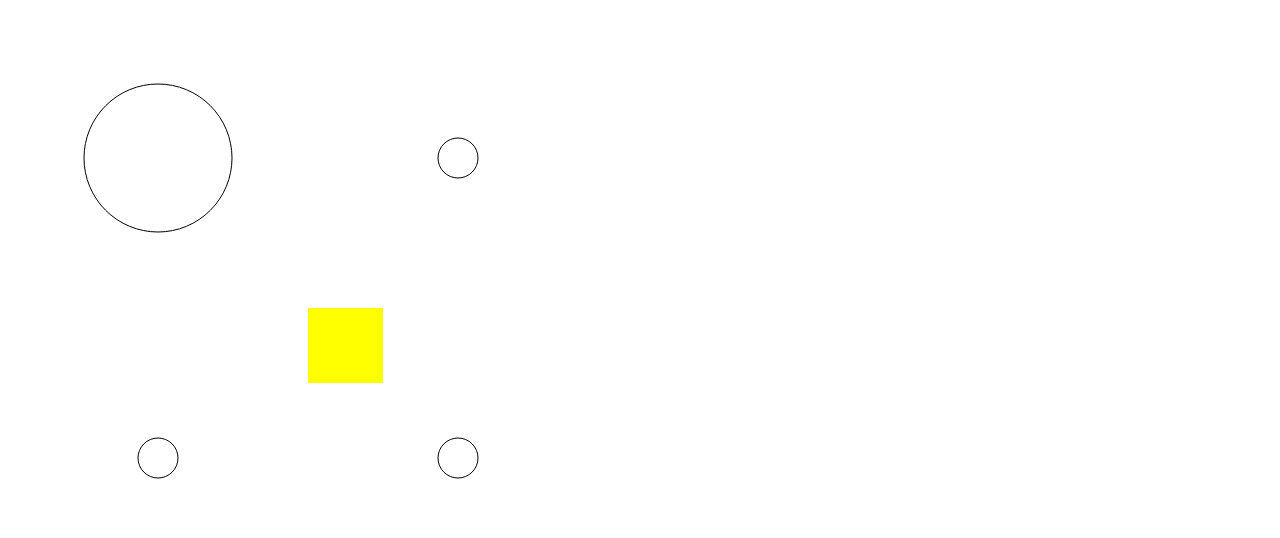
Repository: facio313/Python
Page: HELLO_PYTHON/day17/templates/canvas.html
An editor plug-in stored every save of this project. The page is shown before and after the next save, followed by the edit.
The browser window is 1280 px wide. The pictures show the whole page.

Above is the page before, as saved 2022-12-15 10:39:18.

### HELLO_PYTHON/day17/templates/canvas.html
<!DOCTYPE html>
<html>
<head>
<meta charset="UTF-8">
<title>Insert title here</title>
</head>
<body onload="loader()">
<script>
function loader(){
	var canvas = document.getElementById( "canvas" );   // canvas 객체
	var ctx = canvas.getContext( "2d" );      // 2d canvas 획득

	ctx.beginPath();
	ctx.arc(150, 150, 74, 0, Math.PI*2, false );
	ctx.stroke();

	ctx.beginPath();
	ctx.arc(450, 150, 20, 0, Math.PI*2, false );
	ctx.stroke();

	ctx.beginPath();
	ctx.arc(450, 450, 20, 0, Math.PI*2, false );
	ctx.stroke();

	ctx.beginPath();
	ctx.arc(150, 450, 20, 0, Math.PI*2, false );
	ctx.stroke();

	ctx.fillStyle = "rgba(255, 255, 0, 1)";
	ctx.fillRect (300, 300, 75, 75);
}
</script>

 <canvas id="canvas" width="600" height="500"/>

</body>
</html>

After the next save:
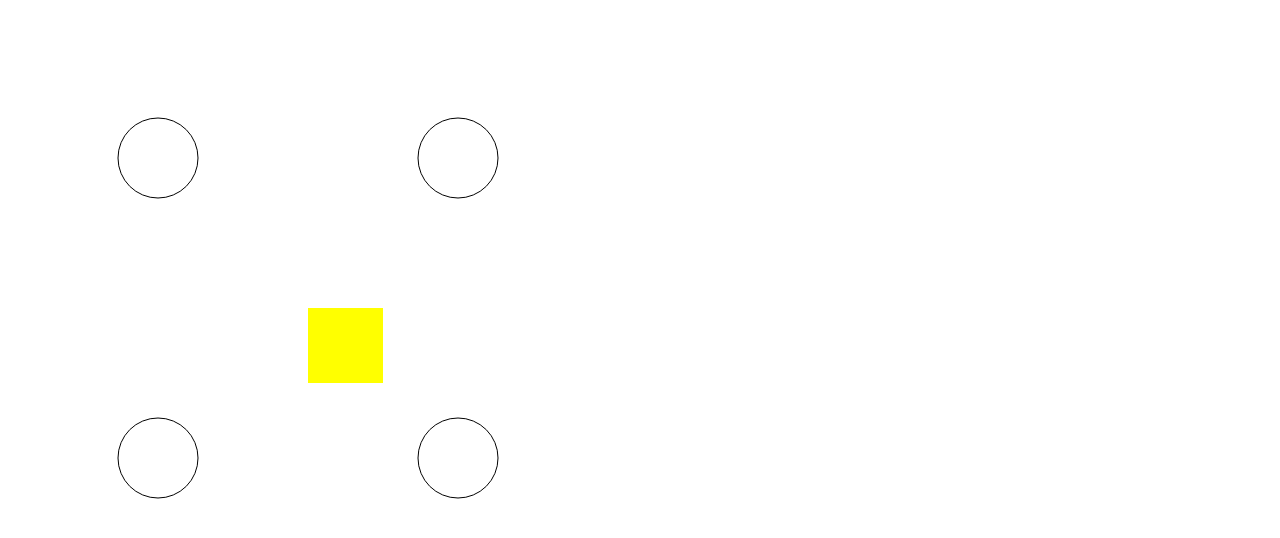
Saved 16 s later.
--- a/HELLO_PYTHON/day17/templates/canvas.html
+++ b/HELLO_PYTHON/day17/templates/canvas.html
@@ -11,19 +11,19 @@ function loader(){
 	var ctx = canvas.getContext( "2d" );      // 2d canvas 획득
 
 	ctx.beginPath();
-	ctx.arc(150, 150, 74, 0, Math.PI*2, false );
+	ctx.arc(150, 150, 40, 0, Math.PI*2, false );
 	ctx.stroke();
 
 	ctx.beginPath();
-	ctx.arc(450, 150, 20, 0, Math.PI*2, false );
+	ctx.arc(450, 150, 40, 0, Math.PI*2, false );
 	ctx.stroke();
 
 	ctx.beginPath();
-	ctx.arc(450, 450, 20, 0, Math.PI*2, false );
+	ctx.arc(450, 450, 40, 0, Math.PI*2, false );
 	ctx.stroke();
 
 	ctx.beginPath();
-	ctx.arc(150, 450, 20, 0, Math.PI*2, false );
+	ctx.arc(150, 450, 40, 0, Math.PI*2, false );
 	ctx.stroke();
 
 	ctx.fillStyle = "rgba(255, 255, 0, 1)";
